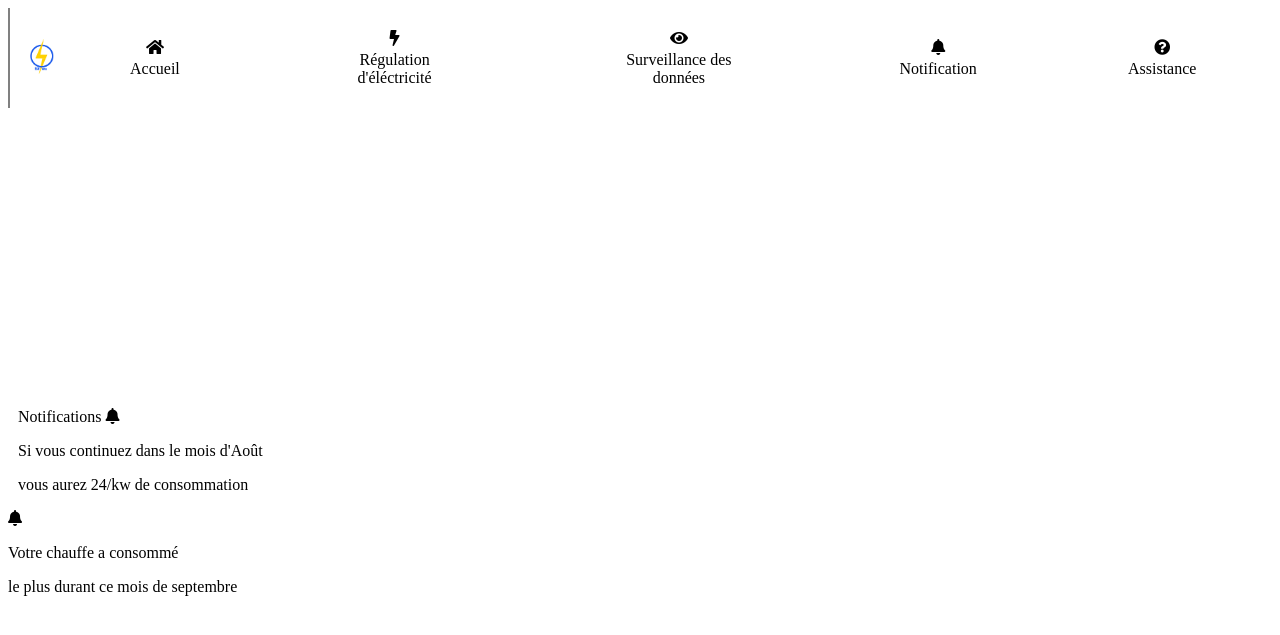
Repository: hamdia200/OSC-Ecowiz
Page: http://localhost/accueil
An editor plug-in stored every save of this project. The page is shown before and after the next save, followed by the edit.
The browser window is 1280 px wide. The pictures show the whole page.
The page is served by the project's Laravel application, run on PHP 8.4 with Laravel 10. Other server files are loaded and not shown.

Above is the page before, as saved 2023-08-18 13:49:18.
Console error: TypeError: Cannot read properties of null (reading 'getContext')

### routes/web.php
<?php

use Illuminate\Support\Facades\Route;

/*
|--------------------------------------------------------------------------
| Web Routes
|--------------------------------------------------------------------------
|
| Here is where you can register web routes for your application. These
| routes are loaded by the RouteServiceProvider and all of them will
| be assigned to the "web" middleware group. Make something great!
|
*/

Route::get('/', function () {
    return view('welcome');
});

Route::get('/centrale', function () {
    return view('centrale');
});
Route::get('/accueil', function () {
    return view('accueil');
});
Route::get('/inscription', function () {
    return view('inscription');
});
Route::get('/login', function () {
    return view('login');
});
Route::get('/regulation', function () {
    return view('regulation');
});

### resources/views/accueil.blade.php
@extends ("menu")
@section('content')
<div class="container">
<meta charset="UTF-8">
    <meta name="viewport" content="width=device-width, initial-scale=1.0">
    <link rel="stylesheet" href="https://cdnjs.cloudflare.com/ajax/libs/font-awesome/5.15.3/css/all.min.css">
    <script src="https://cdn.jsdelivr.net/npm/chart.js"></script>
    <title>Accueil</title>
    <style>
        /* body {
            font-family: Arial, sans-serif;
            margin: 0;
            padding: 0;
            background-color: #f4f4f4;
            display: flex;
            justify-content: center;
            align-items: center;
            min-height: 100vh;
        } */

        .circle-container{
            position: relative;
            width: 300px;
            height: 300px;
        }
        .notification-container {
            width: 100%;
            text-align: center;
            margin-top: 20px;
        }
        .chart-container{
            position: absolute;
            width: 100%;
            height: 100%;
        }

        .alert {
            display: inline-block;
            margin: 0 10px;
        }

    </style>
    <body>
                <div class="row">
                    <div class="col-md-6">
                        <div class="row">
                            <div class="col-xl-3">
                                <div class="circle-container">
                                    <div class="chart-container">
                                        <canvas id="myChart"></canvas>
                                    </div>

                                </div>

                            </div>

                        </div>

                    </div>

                    <div class="row">
                        <div class="col-xl-3">
                            <div class="notifications-container">
                                <div class="alert">Notifications
                                    <i class="fas fa-bell"></i>
                                    <p> Si vous continuez dans le mois d'Août </p> <p> vous aurez 24/kw de consommation </p>
                                </div>

                                <div class="notifications2">
                                    <i class="fas fa-bell"></i>
                                        <p> Votre chauffe a consommé </p> <p> le plus durant ce mois de septembre </p>
                                <div>

                            </div>
                        </div>
                    </div>
                </div>


                <script>
                    var ctx = document.getElementById('myCustomChart').getContext('2d');
                    var data = {
                        labels: ['<i class="fas fa-laptop"></i>', '<i class="fas fa-tv"></i>', '<i class="fas fa-laptop"></i>', '<i class="fas fa-snowflake"></i>'],
                        datasets: [{
                            data: [30, 20, 25, 15],
                            backgroundColor: [
                                'red',
                                'blue',
                                'green',
                                'orange'
                            ],
                                // hoverBackgroundColor: [
                                // 'url(chemin_vers_image_appareil_1)',
                                // 'url(chemin_vers_image_appareil_2)',
                                // 'url(chemin_vers_image_appareil_3)',
                                // 'url(chemin_vers_image_appareil_4)'
                                // ],
                                borderWidth: 0,
                                hoverBorderWidth: 0
                        }],
                    };

                    var options = {
                        responsive: true,
                        maintainAspectRatio: false,

                    };

                    var myChart = new Chart(ctx, {
                        type: 'doughnut',
                        data: data,
                        options: options,
                    });
                </script>
        </div>
    </body>

    </html>
</div>
@endsection

### resources/views/menu.blade.php
<!DOCTYPE html>
<html>
    <head>
        <meta charset="UTF-8">
        <meta name="viewport" content="width=device-width, initial-scale=1.0">
        <link rel="stylesheet" href="{{asset('bootstrap-5/css/bootstrap.min.css')}}">
        <link rel="stylesheet" href="{{asset('icofont/icofont.min.css')}}">
        <link rel="stylesheet" href="https://cdnjs.cloudflare.com/ajax/libs/font-awesome/5.15.3/css/all.min.css">

        <title>menu</title>
        <style>
        .menu-horizontal {
            list-style-type: none;
            display: flex;
            align-items: center; /* Aligne les éléments au centre horizontalement */
            padding: 0;
            margin: 0;
            border-left: 2px solid gray;
            border-top: none;
            background-color: white;
            height:100px;
        }

        .menu-horizontal li{
            margin: 0 2cm;
            padding: 0;
        }

        .menu-item {
            display: flex;
            flex-direction: column;
            align-items: center;
            justify-content: center;
            border-left: 2p;
        }

        .menu-icon {
            width: 50px;
            height: 50px;
        }

        .menu-text {
            font-size: 16px;
            margin-top: 5px;
            text-align: center;
        }
        .logo {
            padding-left: 20px;
            height: 35px;
        }
        </style>
    </head>

    <body>
        <header>
                <ul class="menu-horizontal fixed-top">
                    <div class="header">
                        <img src="{{asset('/image/ecow.png')}}" alt="" class="logo">
                    </div>
                    <li>
                        <span class="menu-item">
                            <!-- <img src="{{asset('image/elect.png') }}" alt="Icone 1" class="menu-icon"> -->
                            <i class="fas fa-home"></i><span class="menu-text">Accueil</span>
                        </span>
                    </li>
                    <li>
                        <span class="menu-item">
                            <!-- <img src="{{asset('image/donnee.png') }}" alt="Icone 1" class="menu-icon"> -->
                            <i class="fas fa-bolt"></i><span class="menu-text">Régulation d'éléctricité </span>
                        </span>
                    </li>

                    <li>
                        <span class="menu-item">
                            <!-- <img src="{{asset('image/donnee.png') }}" alt="Icone 1" class="menu-icon"> -->
                            <i class="fas fa-eye"></i><span class="menu-text">Surveillance des données </span>
                        </span>
                    </li>
                    <li>
                        <span class="menu-item">
                            <!-- <img src="{{asset('image/sup.png') }}" alt="Icone 1" class="menu-icon"> -->
                            <i class="fas fa-bell"></i><span class="menu-text">Notification</span>
                        </span>
                    </li>
                    <li>
                        <span class="menu-item">
                            <!-- <img src="{{asset('image/assist.png') }}" alt="Icone 1" class="menu-icon"> -->
                            <i class="fas fa-question-circle"></i><span class="menu-text">Assistance</span>
                        </span>
                    </li>
                </ul>

        </header>
        <div class="container">
                @yield('content')
        </div>

    </body>


</html>

After the next save:
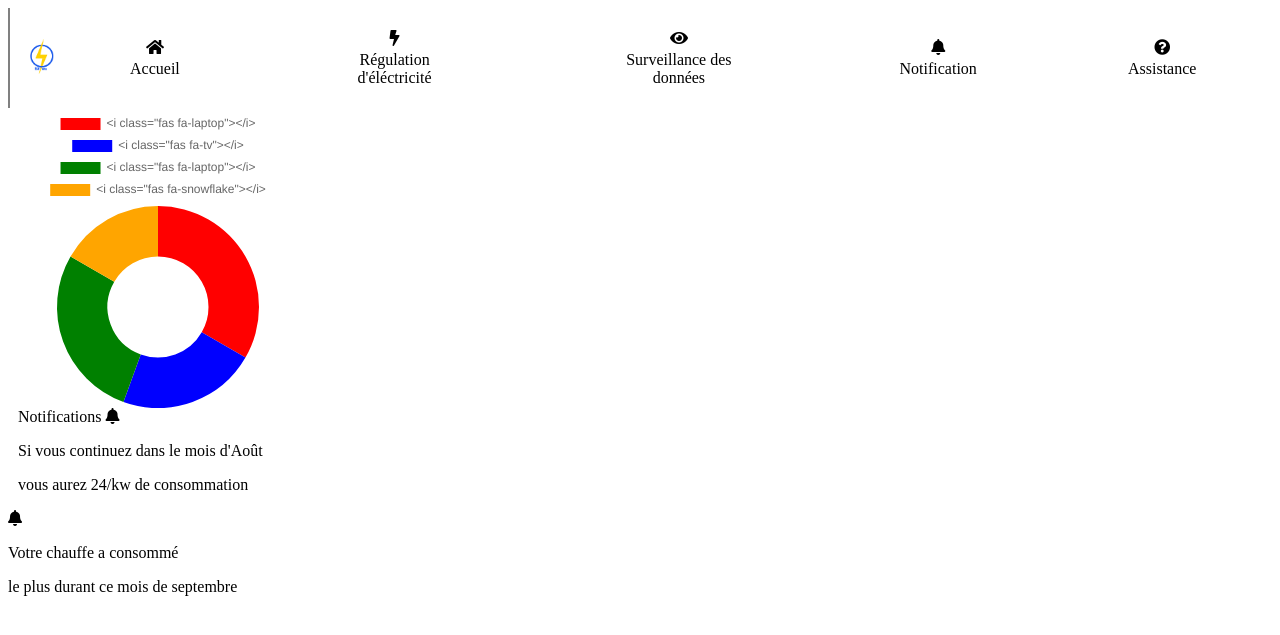
The error is gone.
Saved 18 s later.
--- a/resources/views/accueil.blade.php
+++ b/resources/views/accueil.blade.php
@@ -47,7 +47,7 @@
                             <div class="col-xl-3">
                                 <div class="circle-container">
                                     <div class="chart-container">
-                                        <canvas id="myChart"></canvas>
+                                        <canvas id="myCustomChart"></canvas>
                                     </div>
 
                                 </div>
